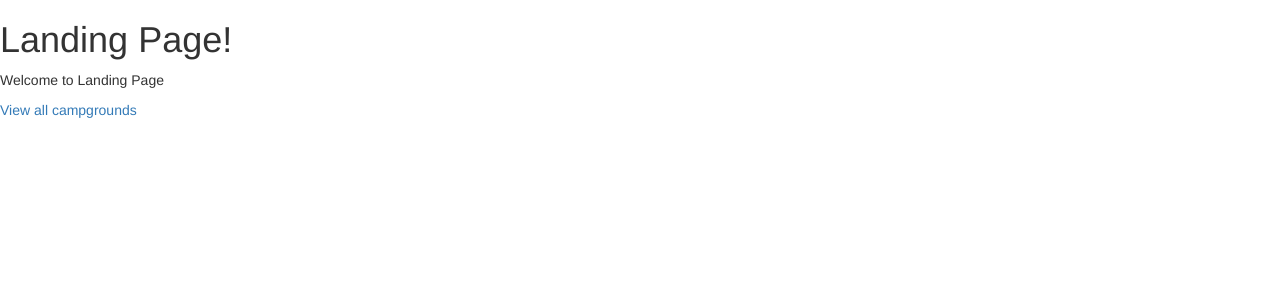
Repository: JoseSM1598/WebAppProjects
Page: http://localhost/
The author's editor kept a record of every edit. The page is drawn from the files as they stood at one moment, then again after the next edit.
The browser window is 1280 px wide. The pictures show the whole page.
The page is served by the project's Node server (YelpCamp/app.js).

Above is the page before.

After the next edit:
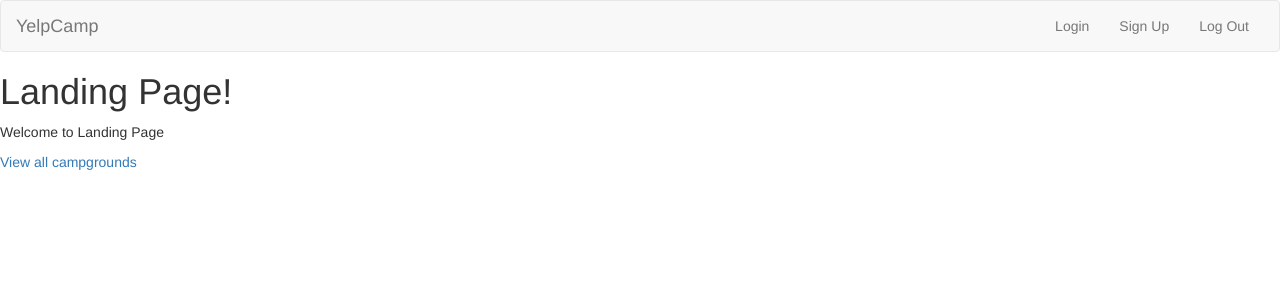
The edit:
--- a/YelpCamp/views/partials/header.ejs
+++ b/YelpCamp/views/partials/header.ejs
@@ -6,3 +6,17 @@
         integrity="sha384-BVYiiSIFeK1dGmJRAkycuHAHRg32OmUcww7on3RYdg4Va+PmSTsz/K68vbdEjh4u" crossorigin="anonymous">
     </head>
     <body>
+        <nav class = "navbar navbar-default">
+             <div class = "container-fluid">
+                <div class = "navbar-header">
+                    <a class = "navbar-brand" href = "/"> YelpCamp</a>
+                </div>
+                <div class = "collapse navbar-collapse">
+                    <ul class = "nav navbar-nav navbar-right">
+                        <li><a href = "/"> Login</a></li>
+                        <li><a href = "/"> Sign Up</a></li>
+                        <li><a href = "/"> Log Out</a></li>
+                    </ul>
+                </div>
+            </div>
+        </nav>
